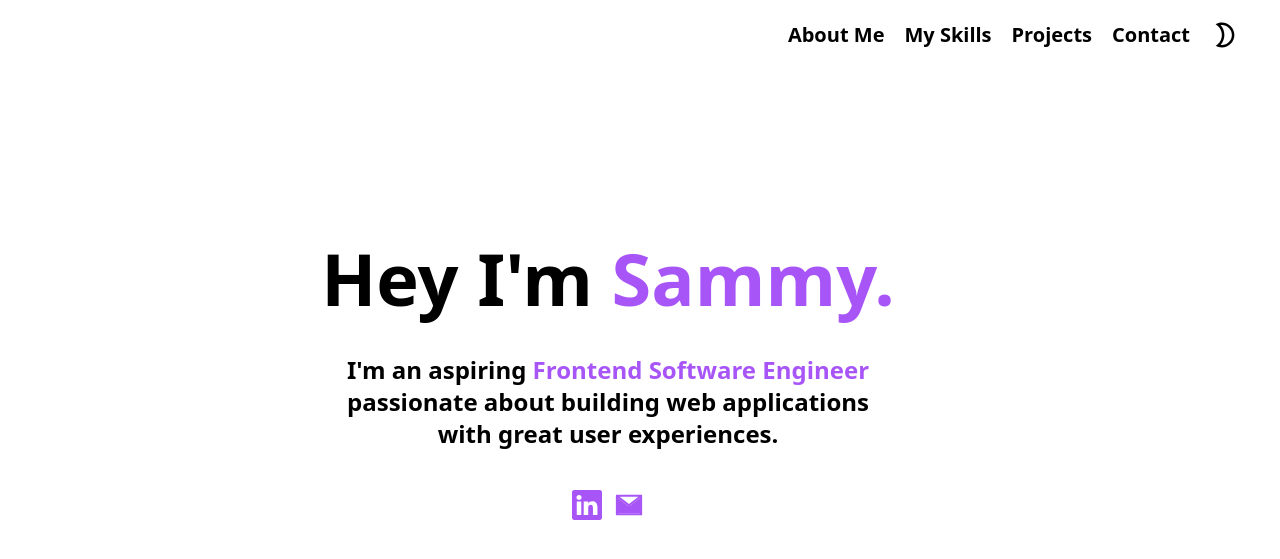
Repository: Al123Kudayyd/e-portfolio
Page: /
These files come from the project's save history. The page is drawn as it stood at one moment and after the next save; the edit follows.
The browser window is 1280 px wide. The pictures show the whole page.
The project was rebuilt for these pictures with package versions that can differ from the ones it lists, and the page was loaded fresh each time. The framework's server and built-in components were replaced by stand-ins that run in the browser. Also part of the build but not shown: next.config.js.

Above is the page before, as saved 2023-06-06 23:31:25.

After the next save:
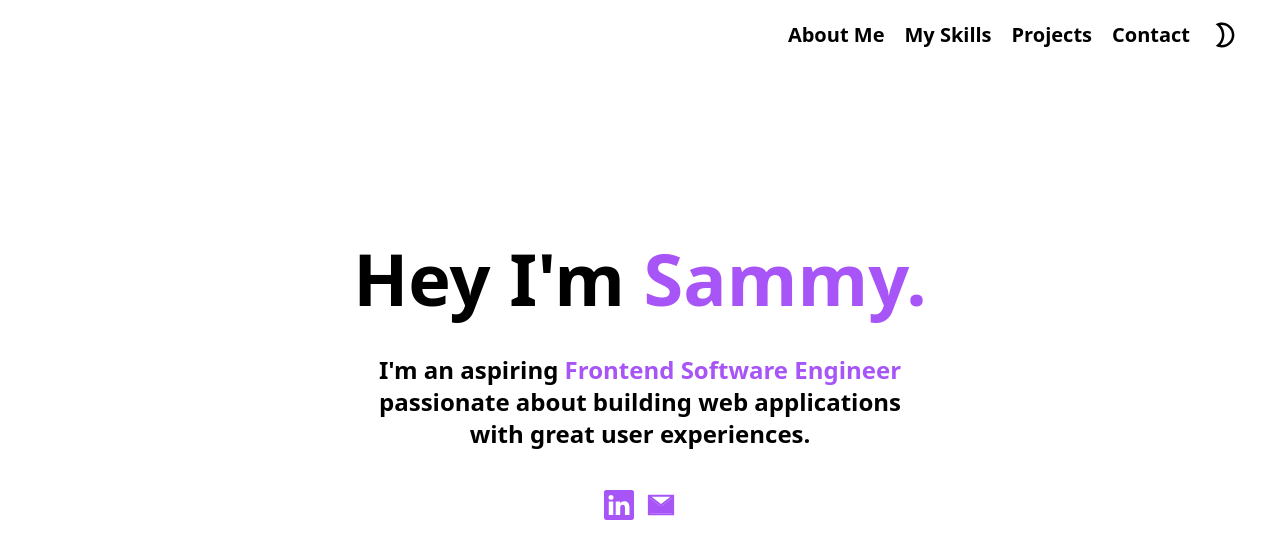
Saved 10 s later.
--- a/pages/index.tsx
+++ b/pages/index.tsx
@@ -7,7 +7,7 @@ export default function Home() {
   return (
     <>
       <Nav />
-      <div className="flex justify-center items-center md:mt-48">
+      <div className=" md:mt-48">
         <Info />
         <div className="border-black h-16 w-16"></div>
       </div>
